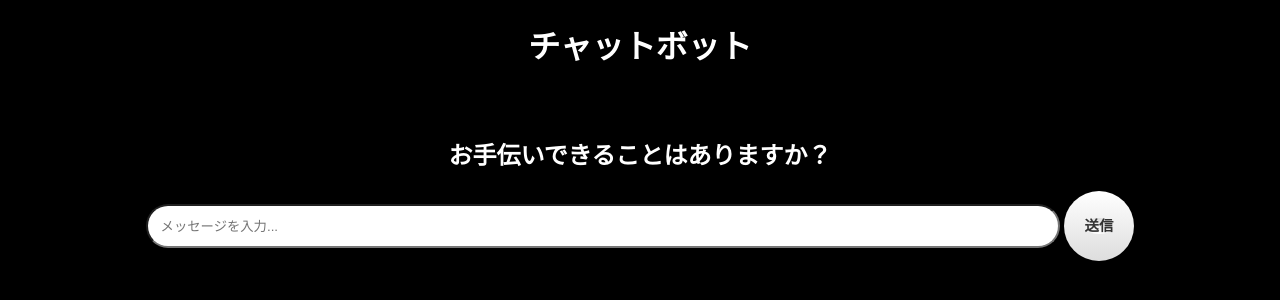
Repository: takumidayo0904/chatbot
Page: http://localhost/ChatBot/
An editor plug-in stored every save of this project. The page is shown before and after the next save, followed by the edit.
The browser window is 1280 px wide. The pictures show the whole page.
The page is served by Tomcat 9. Other server files are loaded and not shown.

Above is the page before, as saved 2025-02-01 13:22:27.

### ChatBot/WebContent/index.jsp
<%@ page language="java" contentType="text/html; charset=UTF-8"
	pageEncoding="UTF-8"%>
<!DOCTYPE html>
<html>
<head>
<meta charset="UTF-8">
<title>チャットボット</title>
<style>
body {
	background-color: #000;
}

.chat-container {
	text-align: center;
}

#message {
	width: 70%;
	padding: 1%;
}

.button-46 {
	width: 70px;
	height: 70px;
	border: none;
	border-radius: 50%;
	box-shadow: 0 10px 10px rgb(0 0 0/ 20%);
	background-image: linear-gradient(0, #ddd, #fff);
	color: #333333;
	font-weight: 600;
	font-size: .9em;
}

.button-46:hover {
	transform: scale(.99);
	box-shadow: 0 5px 5px rgb(0 0 0/ 20%);
}

.button-46 span {
	width: 100%;
	height: 100%;
	border-radius: 50%;
	background-image: linear-gradient(0, #fff, #ddd);
	line-height: 64px;
}

#message {
	border-radius: 30px;
}

h1, h2 {
	color: #FFF;
}
</style>
</head>
<body>
<form action="HelloServlet" method="POST">
	<div class="chat-container">
		<div class="header">
			<h1>チャットボット</h1>
		</div>

		<div class="chat-messages">

        <h3>会話履歴:</h3>
        <%
            String chatHistory = (String) session.getAttribute("chatHistory");
            if (chatHistory != null) {
                out.print(chatHistory);
            }
        %>

		</div>

		<div class="chat-input">
			<h2>お手伝いできることはありますか？</h2>

			<input type="text" id="message" name="message" placeholder="メッセージを入力..." />
			<button class="button-46">
				<span>送信</span>
			</button>
		</div>
	</div>
</form>
</body>
</html>

After the next save:
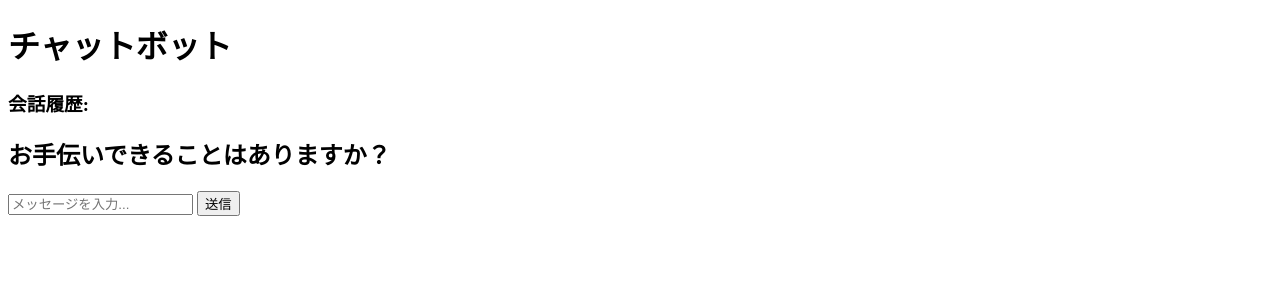
Saved 7 h 36 min later.
--- a/ChatBot/WebContent/index.jsp
+++ b/ChatBot/WebContent/index.jsp
@@ -5,7 +5,7 @@
 <head>
 <meta charset="UTF-8">
 <title>チャットボット</title>
-<style>
+<style>/*
 body {
 	background-color: #000;
 }
@@ -50,7 +50,7 @@
 
 h1, h2 {
 	color: #FFF;
-}
+} */
 </style>
 </head>
 <body>
